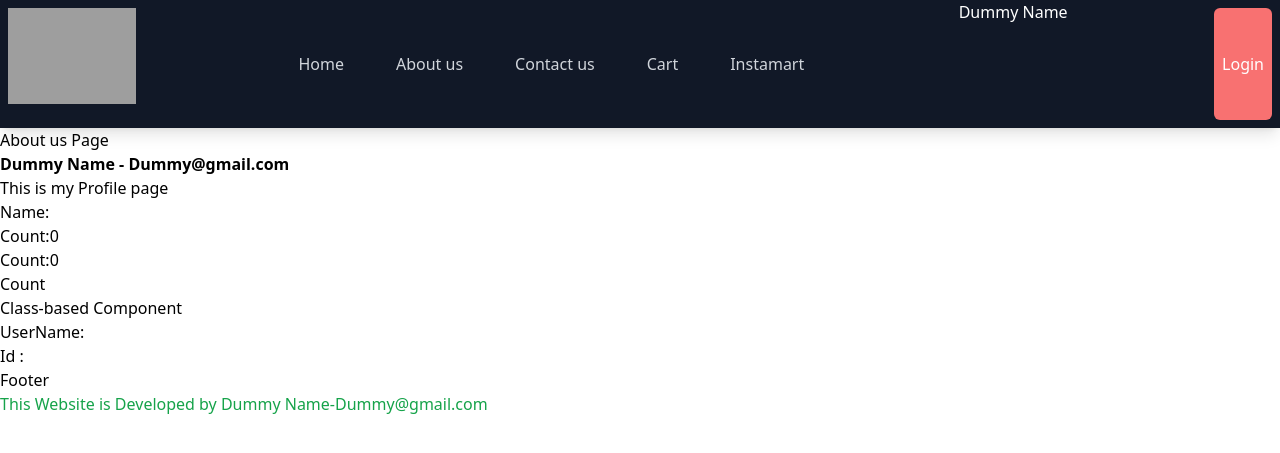
Repository: shivamv97/FOOD-VILLA-APP
Page: /About/profile
These files come from the project's save history. The page is drawn as it stood at one moment and after the next save; the edit follows.
The browser window is 1280 px wide. The pictures show the whole page.
Pictures or frames that could not be fetched are drawn as grey boxes. The page's requests for data from a server got no answer. The project was rebuilt for these pictures with package versions that can differ from the ones it lists, and the page was loaded fresh each time. No one was signed in, and anything a server would have sent is missing. Also part of the build but not shown: src/config.js, src/components/RestaurantCards.js, src/components/Shimmer.js, src/utils/shares.js, src/components/Body.js, src/components/Error.js, src/components/ContactUs.js, src/utils/useRestaurant.js and 1 more.

Above is the page before, as saved 2024-09-29 13:26:31.

### index.html
<!DOCTYPE html>
<html lang="en" class="m-0 p-0">
  <head>
    <meta charset="UTF-8" />
    <meta name="viewport" content="width=device-width, initial-scale=1.0" />
    <title>Learning REACT</title>
    <link rel="stylesheet" href="style.css" />
    <!-- <script src="https://cdn.tailwindcss.com"></script> -->
  </head>
  <body>
    <div id="root">Not Rendered</div>
    <!-- <script
      crossorigin
      src="https://unpkg.com/react@18/umd/react.development.js"
    ></script>
    <script
      crossorigin
      src="https://unpkg.com/react-dom@18/umd/react-dom.development.js"
    ></script> -->
    <script type="module" src="src/App.js"></script>
  </body>
</html>

### src/App.js
import React, { lazy, Suspense, useState } from "react";
import ReactDOM from "react-dom/client";
import HeaderComponent from "./components/Title";
import Body from "./components/Body";
import Footer from "./components/Footer";
import About from "./components/About";
import Error from "./components/Error";
import Contact from "./components/ContactUs";
import RestaurantMenu from "./components/RestaurantMenu";
import Profile from "./components/Profile";
import { createBrowserRouter, RouterProvider, Outlet } from "react-router-dom";
import Shimmer from "./components/Shimmer";
import UserContext from "./utils/UserContext";

// import Instamart from "./components/Instamart";

const Instamart = lazy(() => import("./components/Instamart")); //Lazy Loading
//Return Promise

const AppLayout = () => {
  const [user, SetUser] = useState({
    name: "Shivam Verma",
    email: "shivamkv97@gmail.com",
  });
  return (
    <>
      <HeaderComponent />
      <Outlet />
      <Footer />
    </>
  );
};

const appRouter = createBrowserRouter([
  {
    path: "/",
    element: <AppLayout />,
    errorElement: <Error />,
    children: [
      //Nested Routing
      {
        path: "/",
        element: <Body />,
      },
      {
        path: "/About", //parentPath/{path} => localhost:1234/about/profile
        element: <About />,
        children: [
          {
            path: "profile", //parentPath/{path} => localhost:1234/about/profile
            element: <Profile />,
          },
        ],
      },
      {
        path: "/Contact",
        element: <Contact />,
      },
      {
        path: "/Restaurant/:restaurantId", //Dynamic Routing
        element: <RestaurantMenu />,
      },
      {
        path: "/Instamart",
        element: (
          <Suspense fallback={<Shimmer />}>
            <Instamart />
          </Suspense>
        ),
      },
    ],
  },
]);

const root = ReactDOM.createRoot(document.getElementById("root"));

root.render(<RouterProvider router={appRouter} />);
//root will render according to the AppRouter

### src/components/Title.js
import { useState, useContext } from "react";
import { Link } from "react-router-dom";
import UserContext from "../utils/UserContext";
import useOnline from "../utils/useOnline";

const LoggedInUser = () => {
  //API used for authentication
  return true;
};

const Title = () => (
  <a href="/ ">
    <img
      className="h-28 p-2"
      alt="logo"
      src="https://encrypted-tbn0.gstatic.com/images?q=tbn:ANd9GcTJtFXKFKFoihdrJEvX4jBtXqfcO2kJ0KAlIg&s"
    />
  </a>
);

const HeaderComponent = () => {
  const [isLoggedIn, setisLoggedIn] = useState(false);

  const isOnline = useOnline();

  const { user } = useContext(UserContext);
  return (
    <div className="flex justify-between bg-gray-900 shadow-lg">
      <Title />
      <div className="nav-items">
        <ul className="flex py-10 gap-9 px-2">
          <li className="rounded-md py-3 px-2 font-medium text-gray-300 hover:bg-gray-500 hover:text-white">
            <Link to="/">Home </Link>
          </li>
          <li className="rounded-md py-3 px-2 font-medium text-gray-300 hover:bg-gray-500 hover:text-white">
            <Link to="/About">About us</Link>
          </li>
          <li className="rounded-md py-3 px-2 font-medium text-gray-300 hover:bg-gray-500 hover:text-white">
            <Link to="/Contact">Contact us</Link>
          </li>
          <li className="rounded-md py-3 px-2 font-medium text-gray-300 hover:bg-gray-500 hover:text-white">
            <Link to="#">Cart</Link>
          </li>
          <li className="rounded-md py-3 px-2 font-medium text-gray-300 hover:bg-gray-500 hover:text-white">
            <Link to="/Instamart">Instamart</Link>
          </li>
        </ul>
      </div>
      {/* <h1 className="text-white">{isOnline ? "🟢" : "No"}</h1> */}
      <h2 className="text-white">{user.name}</h2>
      {isLoggedIn ? (
        <button
          onClick={() => setisLoggedIn(false)}
          className="bg-red-400 text-white rounded-md m-2 p-2"
        >
          Logout
        </button>
      ) : (
        <button
          onClick={() => setisLoggedIn(true)}
          className="bg-red-400 text-white rounded-md m-2 p-2"
        >
          Login
        </button>
      )}
    </div>
  );
};

export default HeaderComponent;

### src/components/Footer.js
import { useContext } from "react";
import UserContext from "../utils/UserContext";
const Footer = () => {
  const { user } = useContext(UserContext);
  return (
    <div>
      <h2>Footer</h2>
      <h3 className="text-green-600">
        This Website is Developed by {user.name}-{user.email}
      </h3>
    </div>
  );
};

export default Footer;

### src/components/About.js
import { Outlet } from "react-router-dom";
import ProfileFC from "./Profile";
import Profile from "./ProfileClass";
import { Component } from "react";
import UserContext from "../utils/UserContext";

class About extends Component {
  constructor(props) {
    super(props);

    console.log("Parent-Constructor");
  }
  componentDidMount() {
    console.log("Parent-ComponentDidMount");
  }
  render() {
    console.log("Parent-render");
    return (
      // instead of using Outlet use Directly imported <Profile/> Component
      <div>
        <h1>About us Page</h1>
        <UserContext.Consumer>
          {({ user }) => (
            <h2 className="font-bold text-black">
              {user.name} - {user.email}
            </h2>
          )}
        </UserContext.Consumer>
        {<Outlet />}
        {/* {OR} */}
        {/* <ProfileFC name={"Shivam"} /> */}
        <Profile name={"ShivamClass"} />
      </div>
    );
  }
}

export default About;

### src/components/Profile.js
import { useEffect, useState } from "react";

const Profile = (props) => {
  const [count, setcount] = useState(0);
  const [count2, setcount2] = useState(0);
  useEffect(() => {
    //API Call
    // console.log("useEffect");
    const t = setInterval(() => {
      console.log("Shivam Loves React");
    }, 1000);

    // Cleanup function to clear the interval
    return () => {
      clearInterval(t);
    };
  }, []);
  // console.log("renderUE");
  return (
    <div>
      <h2>This is my Profile page</h2>
      <h3>Name: {props.name}</h3>
      <h3>Count:{count}</h3>
      <h3>Count:{count2}</h3>
      <button
        onClick={() => {
          setcount(1);
          setcount2(2); //here we know that we are setting the count2 value(Good practice)
        }}
      >
        Count{" "}
      </button>
    </div>
  );
};

export default Profile;

### src/utils/UserContext.js
import { createContext } from "react";

const UserContext = createContext({
  user: {
    name: "Dummy Name",
    email: "Dummy@gmail.com",
  },
});

export default UserContext;

### src/utils/useOnline.js
import { useEffect, useState } from "react";

const useOnline = () => {
  const [isOnline, setIsOnline] = useState(true);

  useEffect(() => {
    const handleonline = () => {
      setIsOnline(true);
    };
    const handleoffline = () => {
      setIsOnline(false);
    };
    window.addEventListener("online", handleonline); //junior+senior developer role
    window.addEventListener("offline", handleoffline);

    return () => {
      window.removeEventListener("online", handleonline); //senior developer role
      window.removeEventListener("offline", handleoffline);
    };
  }, []);

  return isOnline; //returns true or false
};

export default useOnline;

### src/components/ProfileClass.js
import React from "react";
//class-based Component
class Profile extends React.Component {
  //This is class which needs to inherit some properties
  constructor(props) {
    super(props);
    //create state
    this.state = {
      userInfo: {
        name: "Dummy name",
        location: "Dummy location",
      },
    };
    console.log("Child-constructor"); //called 1
  }

  async componentDidMount() {
    // this.timer = setInterval(() => {
    //   console.log("Shivam loves React");
    // }, 1000);
    console.log("Child-componentDidMount"); //called 3
    const data = await fetch("https://api.github.com/users/shivamv97");
    const json = await data.json();
    console.log(json);
    this.setState({
      //this will again call the render and Child-render will be printed in clg
      userInfo: json,
    });
  }
  componentDidUpdate() {
    console.log("ComponentDidUpdate");
  }
  componentWillUnmount() {
    // clearInterval(this.timer);
    console.log("componentWillUnmount");
  }
  render() {
    console.log("Child-render"); //called 2
    const { login, id, avatar_url } = this.state.userInfo; //destructuring
    return (
      <div>
        <h1>Class-based Component</h1>
        <img src={avatar_url} />
        <h2>UserName: {login}</h2>
        <h2>Id : {id}</h2>
        {/* <button
          onClick={() => {
            //WE DO NOT MUTATE STATE DIRECTLY
            //NEVER DO THIS.STATE=SOMETHING
            this.setState({
              count: 1,
            }); // here i don't know which part of state i am setting(bad practice)
          }}
        >
          SetCount
        </button> */}
      </div>
    );
  }
}

export default Profile;

Loaded but not shown: style.css (common file); tailwind.config.js (common file)

After the next save:
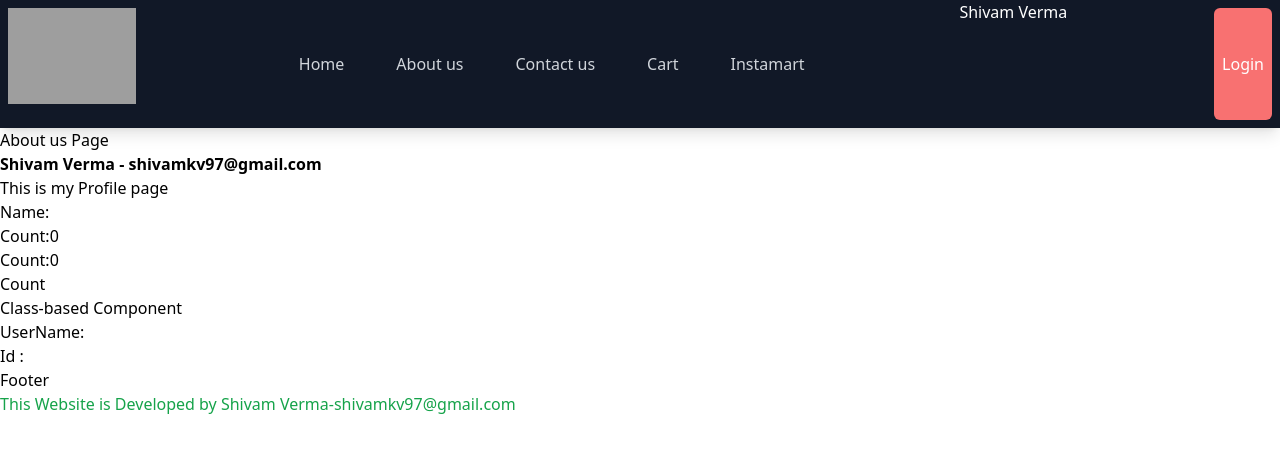
Saved 14 s later.
--- a/src/App.js
+++ b/src/App.js
@@ -23,11 +23,15 @@ const AppLayout = () => {
     email: "shivamkv97@gmail.com",
   });
   return (
-    <>
+    <UserContext.Provider
+      value={{
+        user: user,
+      }}
+    >
       <HeaderComponent />
       <Outlet />
       <Footer />
-    </>
+    </UserContext.Provider>
   );
 };
 
